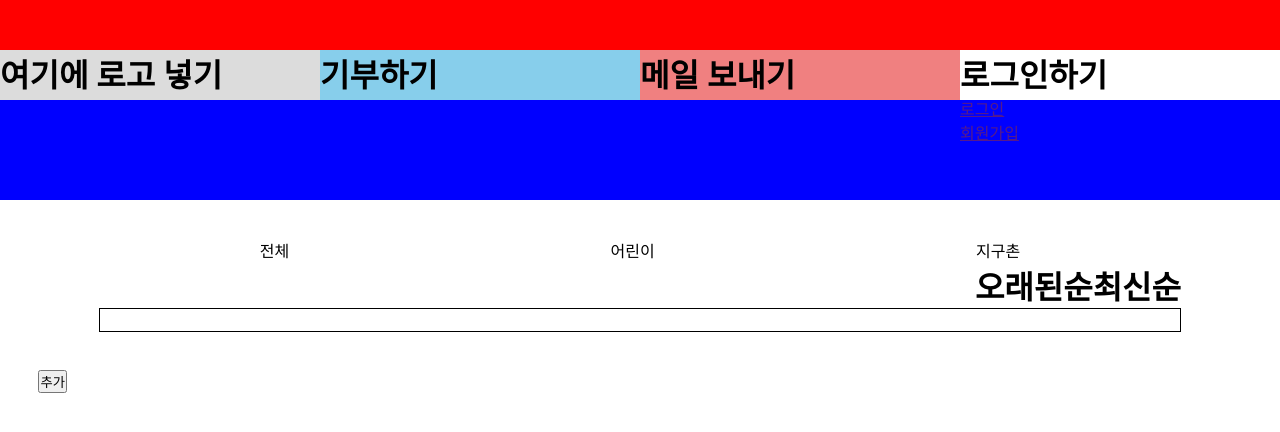
Repository: Yeojin0523/Survey
Page: http://localhost/Blog/Blog/list.jsp
The author's editor kept a copy of each file at every save. The page is drawn from the files as they stood at one save, then again after the next save.
The browser window is 1280 px wide. The pictures show the whole page.
The page is served by Tomcat 9. The template is opened directly, without the code that normally fills it, so the values that code supplies are empty.

Above is the page before, as saved 2024-07-29 08:40:37.

After the next save:
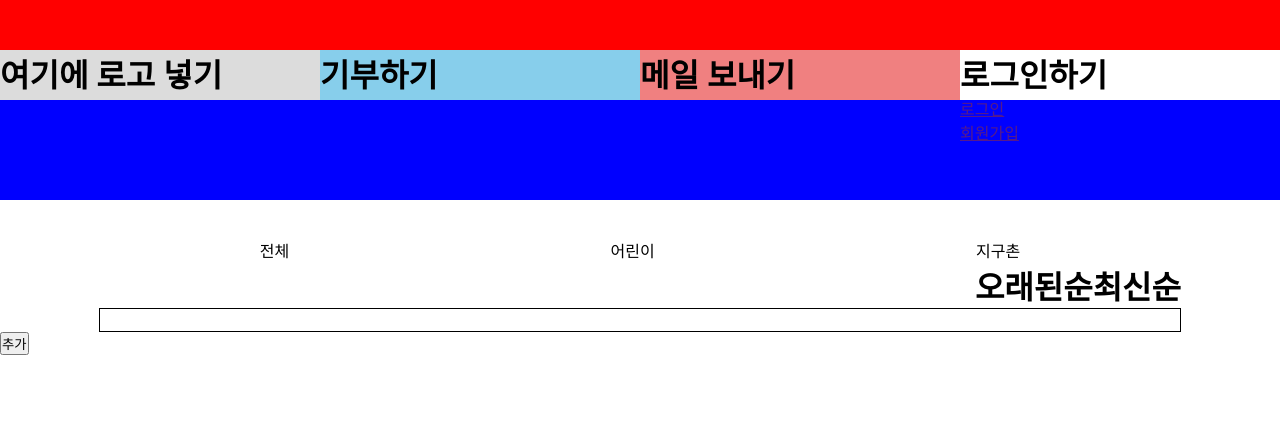
Saved 89 s later.
--- a/Blog/src/main/webapp/Blog/list.css
+++ b/Blog/src/main/webapp/Blog/list.css
@@ -66,8 +66,9 @@ table, td, th{
 	width:50%;
 	height:50%;
 }
-.button_area{
+.insert-btn1{
 	padding:3%;
+
 }
 .list{
 	display: flex;

After the save that followed:
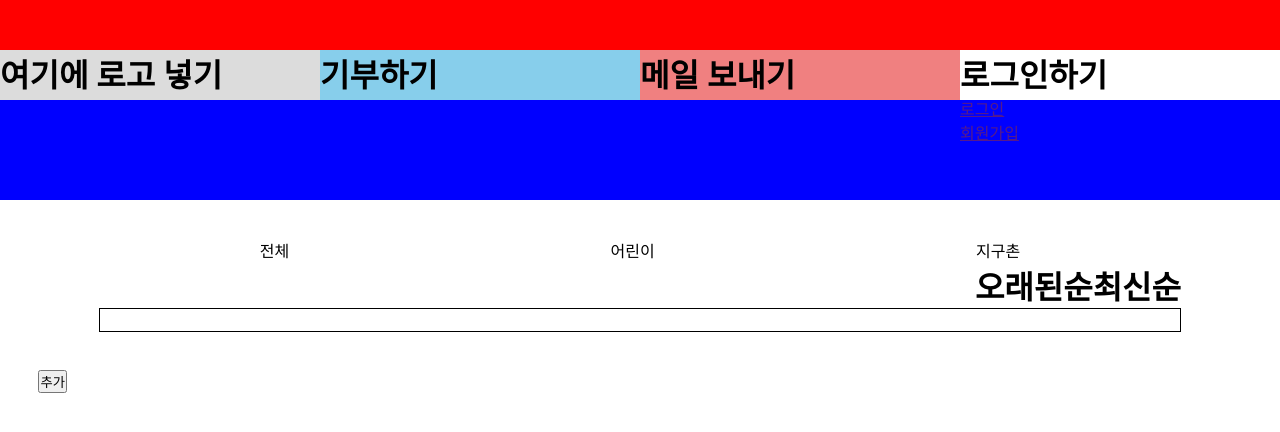
Saved 15 s later.
--- a/Blog/src/main/webapp/Blog/list.jsp
+++ b/Blog/src/main/webapp/Blog/list.jsp
@@ -124,7 +124,7 @@ ResultSet rs = null;
 	</div>
 
 
-	<div class="button_area">
+	<div class="insert-btn1">
 		<button id="insertBtn">추가</button>
 	</div>
 </body>
